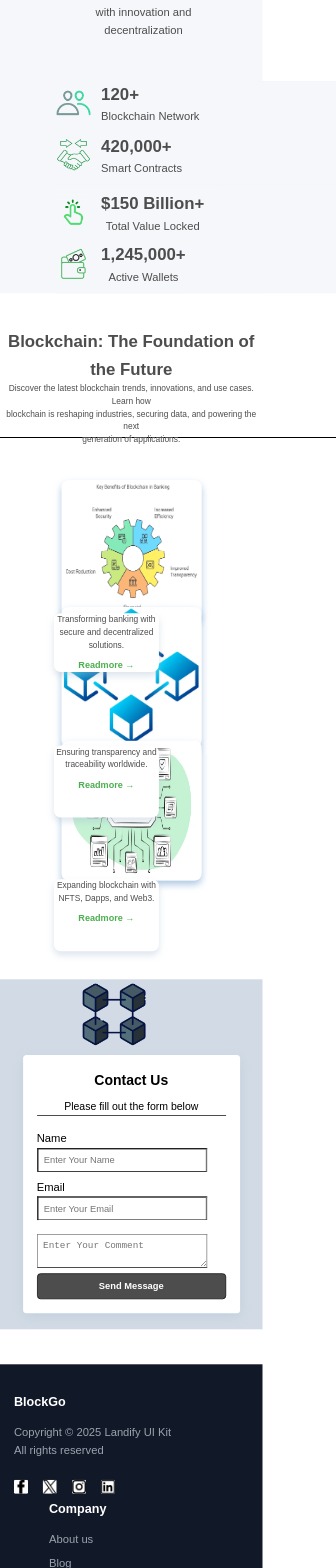
Repository: Tafsirul555/Assignment
Page: Assignment/index.html
These files come from the project's save history. The page is drawn as it stood at one moment and after the next save; the edit follows.
The browser window is 375 px wide. The page is 480 px wide, so the pictures cover 480 px, including what lies to the right of the window. The pictures show the part of the page from y = 2280 to 4520 px (the page is 4990 px tall), at 70% of full size.

Above is the page before, as saved 2025-06-12 23:23:39.

After the next save:
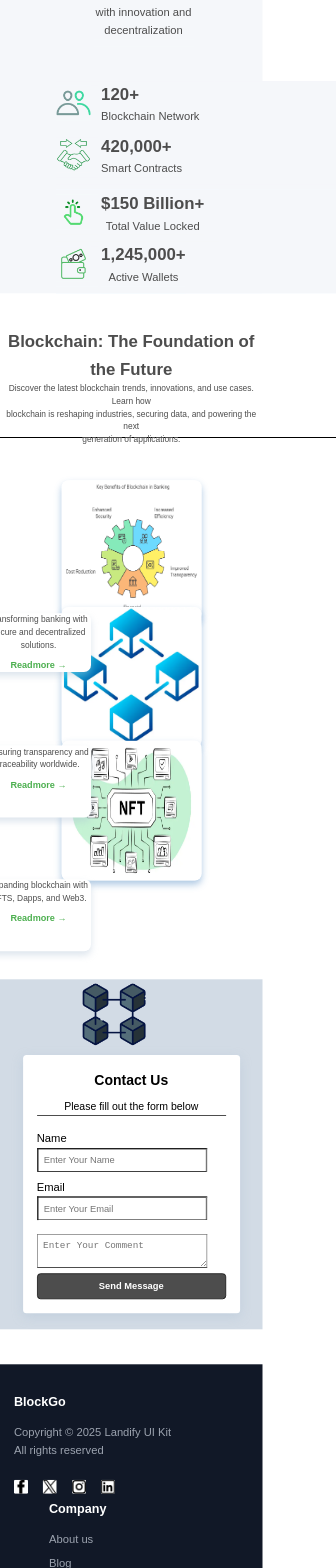
Saved 4 s later.
--- a/Assignment/Assignment1.css
+++ b/Assignment/Assignment1.css
@@ -514,7 +514,7 @@
         text-align: center;
         position: relative;
         margin-top: -150px;
-        margin-left: ;
+        margin-left: -20px;
     }
 }
 

After the 2 saves that followed:
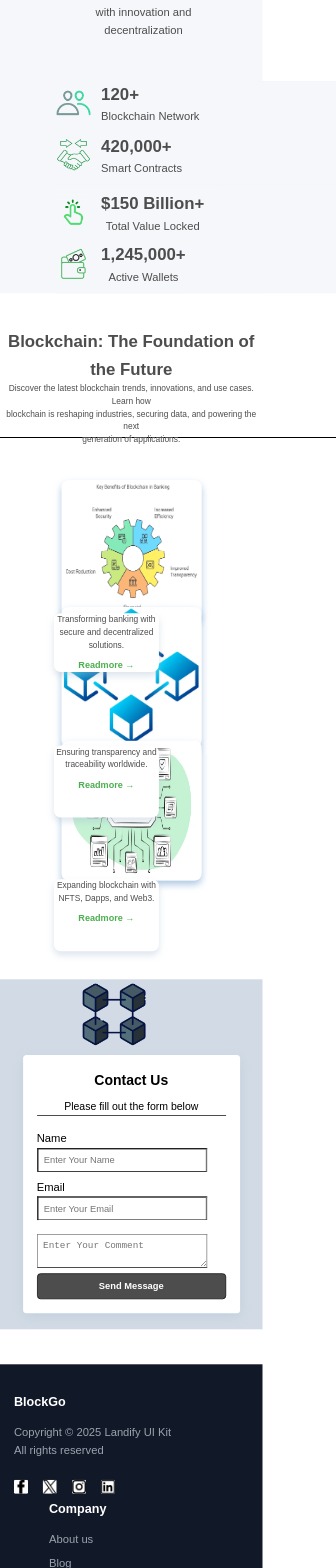
The 2 saves are shown as one change because they came seconds apart.
The last was saved 7 s later.
--- a/Assignment/Assignment1.css
+++ b/Assignment/Assignment1.css
@@ -514,7 +514,7 @@
         text-align: center;
         position: relative;
         margin-top: -150px;
-        margin-left: -20px;
+        margin-right: -20px;
     }
 }
 
